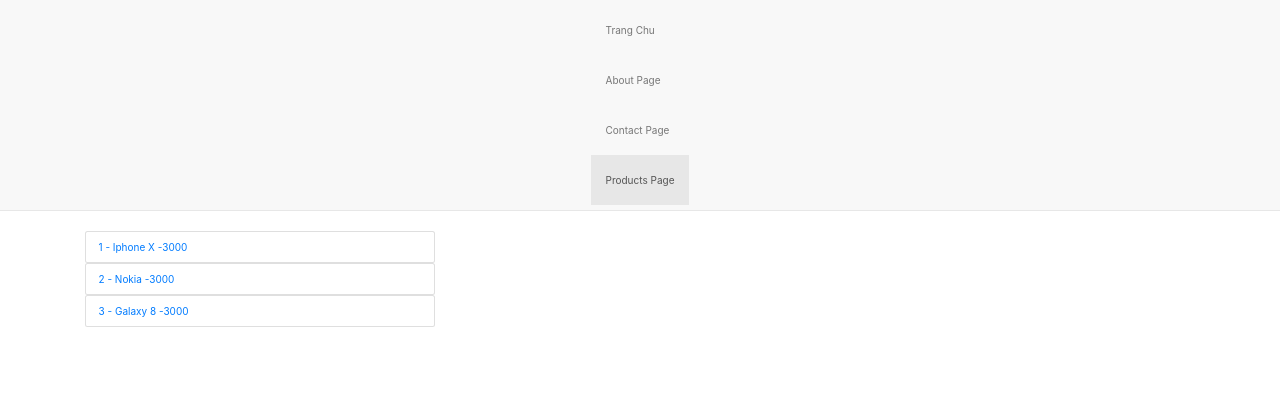
Repository: hntvip/react-route
Page: /products
The author's editor kept a copy of each file at every save. The page is drawn from the files as they stood at one save, then again after the next save.
The browser window is 1280 px wide. The pictures show the whole page.
The project was rebuilt for these pictures with package versions that can differ from the ones it lists, and the page was loaded fresh each time. Also part of the build but not shown: src/components/About.js, src/components/Home.js, src/components/Contact.js, src/components/NotFound.js.

Above is the page before, as saved 2019-11-28 15:41:58.

### public/index.html
<!DOCTYPE html>
<html lang="en">
  <head>
    <meta charset="utf-8" />
    <link rel="icon" href="%PUBLIC_URL%/favicon.ico" />
    <meta name="viewport" content="width=device-width, initial-scale=1" />
    <meta name="theme-color" content="#000000" />
    <meta
      name="description"
      content="Web site created using create-react-app"
    />
    <link rel="apple-touch-icon" href="logo192.png" />
    <!--
      manifest.json provides metadata used when your web app is installed on a
      user's mobile device or desktop. See https://developers.google.com/web/fundamentals/web-app-manifest/
    -->
    <link rel="manifest" href="%PUBLIC_URL%/manifest.json" />
    <!--
      Notice the use of %PUBLIC_URL% in the tags above.
      It will be replaced with the URL of the `public` folder during the build.
      Only files inside the `public` folder can be referenced from the HTML.

      Unlike "/favicon.ico" or "favicon.ico", "%PUBLIC_URL%/favicon.ico" will
      work correctly both with client-side routing and a non-root public URL.
      Learn how to configure a non-root public URL by running `npm run build`.
    -->
    <title>React App</title>

    <!-- Latest compiled and minified CSS & JS -->
    <link rel="stylesheet" media="screen" href="//netdna.bootstrapcdn.com/bootstrap/3.3.4/css/bootstrap.min.css">
    <script src="//code.jquery.com/jquery.js"></script>
    <script src="//netdna.bootstrapcdn.com/bootstrap/3.3.4/js/bootstrap.min.js"></script>

  </head>
  <body>
    <noscript>You need to enable JavaScript to run this app.</noscript>
    <div id="root"></div>
    <!--
      This HTML file is a template.
      If you open it directly in the browser, you will see an empty page.

      You can add webfonts, meta tags, or analytics to this file.
      The build step will place the bundled scripts into the <body> tag.

      To begin the development, run `npm start` or `yarn start`.
      To create a production bundle, use `npm run build` or `yarn build`.
    -->
  </body>
</html>

### src/index.js
import React from 'react';
import ReactDOM from 'react-dom';
import './index.css';
import App from './App';
import * as serviceWorker from './serviceWorker';

import '../node_modules/bootstrap/dist/css/bootstrap.css';

ReactDOM.render(<App />, document.getElementById('root'));

// If you want your app to work offline and load faster, you can change
// unregister() to register() below. Note this comes with some pitfalls.
// Learn more about service workers: https://bit.ly/CRA-PWA
serviceWorker.unregister();

### src/App.js
import React, { Component } from 'react';
import { BrowserRouter as Router, Route, Switch} from 'react-router-dom';
import Menu from './components/Menu';
import routes from'./routes';
import Home from './components/Home';
import About from './components/About';
import Products from './components/About';
import NotFound from './components/NotFound';
class App extends Component {
  render(){
    return (
      <Router>
        <div className="App">
          <Menu/>
          {/* Noi Dung */}
          <Switch>
            {this.showContentMenus(routes)}
            {/* <Route exact path="/">
              <Home />
            </Route>
            <Route path="/about">
              <About />
            </Route>
            <Route path="/products">
              <Products />
            </Route>
            <Route>
              <NotFound />
            </Route> */}
          </Switch>
        </div>
      </Router>
    )
  }
  showContentMenus = (routes) => {
    var result = null;
    if(routes.length > 0){
      result = routes.map((route, index) => {
        console.log(route)
        return (
          <Route
            path={route.path}
            exact={route.exact}
            component={route.main}
          ></Route>
        )
      })
    }
    return result;
  }
}

export default App;

### src/components/Menu.js
import React, { Component } from 'react';
import { Route, Link} from 'react-router-dom';
const menus = [
  {
    name: "Trang Chu",
    to:"/",
    exact: true
  },{
    name: "About Page",
    to:"/about",
    exact: false
  },{
    name: "Contact Page",
    to:"/contact",
    exact: false
  },{
    name: "Products Page",
    to:"/products",
    exact: false
  }
]
const MenuLink = ({label, to, activeOnlyWhenExact}) => {
  return (
    <Route path={to} exact={activeOnlyWhenExact} children={({match})=>{
      var active = match ? 'active': 'abc'
      return (
        <li className={active}>
          <Link to={to} className="my-link">{label}</Link>
        </li>
      )
    }}>
    </Route>
  )
}

class Menu extends Component{
  render(){
    return(
      <nav className="navbar navbar-default navbar-fixed-top" role="navigation">
        <ul className="nav navbar-nav">
          { this.showMenus(menus)}
        </ul>
      </nav>
    );
  }

  showMenus = (menus) => {
    var result = null;
    if ( menus.length > 0 ){
      result = menus.map((menu, index) => {
        return (
          <MenuLink to={menu.to}
            key={index}
            label={menu.name}
            activeOnlyWhenExact={menu.exact}
          />
        )
      })
    }
    return result;
  }
}

export default Menu;

### src/routes.js
import React from 'react'

import About from './components/About';
import Home from './components/Home';
import Contact from './components/Contact';
import Products from './components/Products';
import NotFound from './components/NotFound';

const routes = [

  {
    path:'/about',
    main: () => <About />
  },
  {
    path:'/contact',
    main: () => <Contact />
  },
  {
    path:'/products',
    main: ({match}) => <Products match={match}/>
  },{
    path:'',
    exact: true,
    main: () => <Home />
  },
  {
    path:'*',
    exact: false,
    main: () => <NotFound />
  }
]

export default routes;

### src/components/Products.js
import React, {Component} from 'react';
import { NavLink } from 'react-router-dom';


class Products extends Component {
  render (){
    var products = [
      {
        id: 1,
        name: 'Iphone X',
        price: 3000,
        slug: 'iphone'
      },
      {
        id: 2,
        name: 'Nokia',
        price: 3000,
        slug: 'nokia'
      },
      {
        id: 3,
        name: 'Galaxy 8',
        price: 3000,
        slug: 'galaxy'
      }
    ]
    var { match } = this.props; // this.props.match
    var url = match.url;
    var result = products.map( (product, index) =>{
      return (
        <NavLink to={`${url}/${product.slug}`} key={index}>
          <li class="list-group-item">
            {product.id} - {product.name} -{product.price}
          </li>
        </NavLink>
      )
    })

    return (
        <div className="container">
          <div class="row">
            <div class="col-xs-4 col-sm-4 col-md-4 col-lg-4">
               {result}
            </div>
          </div>

        </div>
    );
  }
}

export default Products;

Loaded but not shown: src/index.css (common file); src/serviceWorker.js (common file)

After the next save:
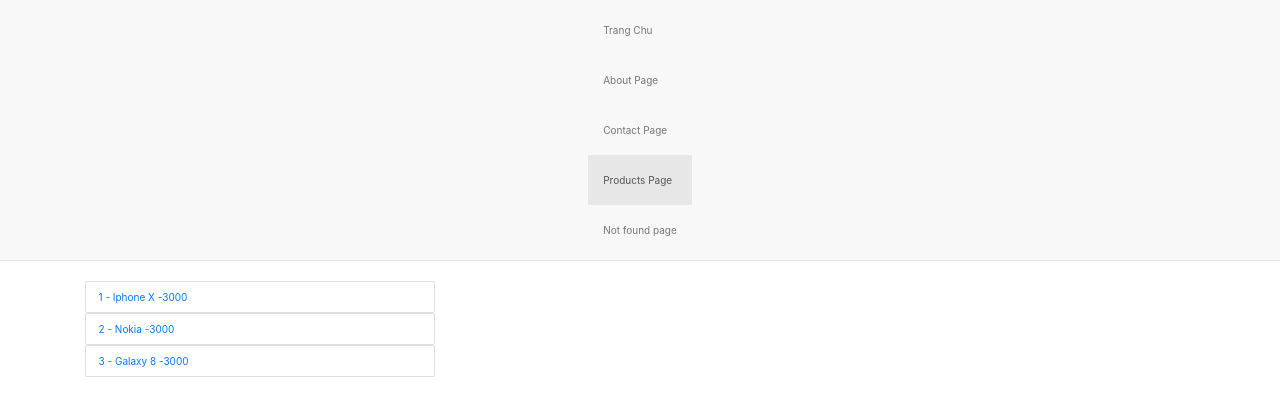
Saved 32 s later.
--- a/src/components/Menu.js
+++ b/src/components/Menu.js
@@ -16,6 +16,10 @@ const menus = [
   },{
     name: "Products Page",
     to:"/products",
+    exact: false
+  },{
+    name: "Not found page",
+    to:"/asdasd",
     exact: false
   }
 ]
